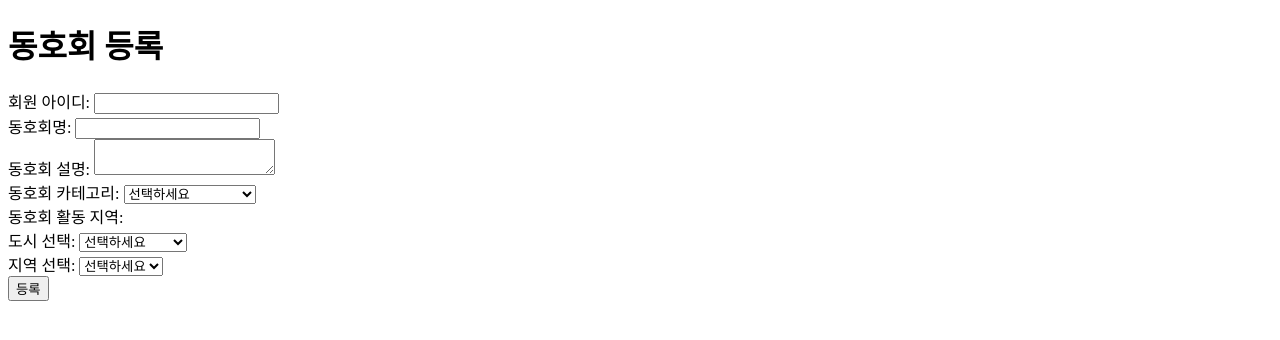
Repository: HB1112/cloud
Page: http://localhost/Solocare/WEB-INF/views/club/clubregist.jsp
The author's editor kept a copy of each file at every save. The page is drawn from the files as they stood at one save, then again after the next save.
The browser window is 1280 px wide. The pictures show the whole page.
The page is served by Tomcat 9. Nobody is signed in. Other server files are loaded and not shown. The template is opened directly, without the code that normally fills it, so the values that code supplies are empty.

Above is the page before, as saved 2024-12-16 03:07:59.

### Solocare/src/main/webapp/WEB-INF/views/club/clubregist.jsp
<%@ page language="java" contentType="text/html; charset=UTF-8"
    pageEncoding="UTF-8"%>
<!DOCTYPE html>
<html>
<head>
<meta charset="UTF-8">
<title>동호회 등록</title>
</head>
<body>
	    <h1>동호회 등록</h1>
    <form name="newClub" action="regist" method="post">
        <div>
            <label>회원 아이디:</label>
            <input name="clubLeader" type="text"  value="${mem.id}" readonly>
        </div>
        <div>
            <label>동호회명:</label>
            <input name="clubName" type="text" required>
        </div>
        <div>
            <label>동호회 설명:</label>
            <textarea name="clubDescription" required></textarea>
        </div>
        <div>
		    <label for="clubCategory">동호회 카테고리:</label>
		    <select name="clubCategory" id="clubCategory" required>
		        <option value="">선택하세요</option>
		        <option value="스포츠 및 e스포츠">스포츠 및 e스포츠</option>
		        <option value="자기개발">자기개발</option>
		        <option value="봉사 및 사회적 활동">봉사 및 사회적 활동</option>
		        <option value="문화 및 예술">문화 및 예술</option>
		        <option value="여행 및 탐험">여행 및 탐험</option>
		    </select>
		</div>
        <div>
            <label>동호회 활동 지역:</label>
            <div>
                <label for="citySelect">도시 선택:</label>
                <select name="city" id="citySelect" required>
                    <option value="">선택하세요</option>
                    <option value="서울특별시">서울특별시</option>
                    <option value="부산광역시">부산광역시</option>
                    <option value="대구광역시">대구광역시</option>
                    <option value="인천광역시">인천광역시</option>
                    <option value="광주광역시">광주광역시</option>
                    <option value="대전광역시">대전광역시</option>
                    <option value="울산광역시">울산광역시</option>
                    <option value="세종특별자치시">세종특별자치시</option>
                    <option value="경기도">경기도</option>
                    <option value="강원도">강원도</option>
                    <option value="충청북도">충청북도</option>
                    <option value="충청남도">충청남도</option>
                    <option value="전라북도">전라북도</option>
                    <option value="전라남도">전라남도</option>
                    <option value="경상북도">경상북도</option>
                    <option value="경상남도">경상남도</option>
                    <option value="제주특별자치도">제주특별자치도</option>
                </select>
            </div>
            <div>
                <label for="regionSelect">지역 선택:</label>
                <select name="region" id="regionSelect" required>
                    <option value="">선택하세요</option>
                    <option value="영도구">영도구</option>
                    <option value="해운대구">해운대구</option>
                    <option value="부산진구">부산진구</option>
                    <!-- 추가 지역 옵션 -->
                </select>
            </div>
        <div>
            <button type="submit">등록</button>
        </div>
    </form>
</body>
</html>

After the next save:
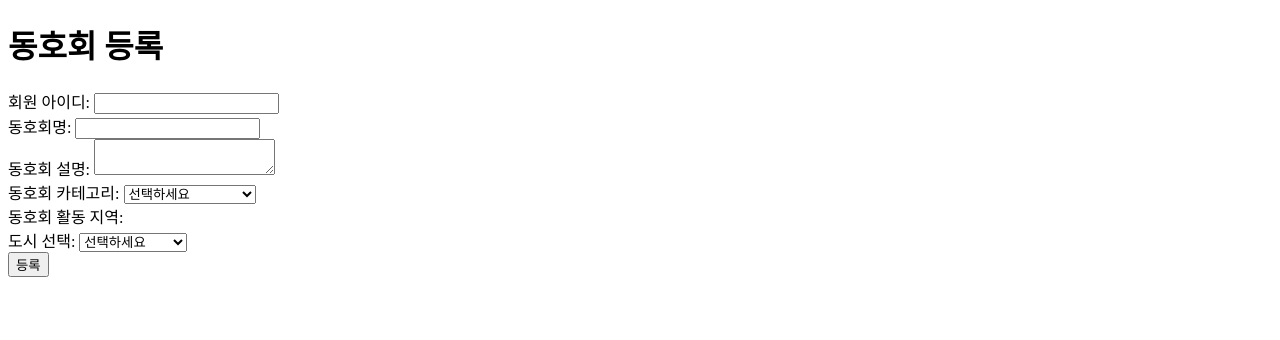
Saved 14 s later.
--- a/Solocare/src/main/webapp/WEB-INF/views/club/clubregist.jsp
+++ b/Solocare/src/main/webapp/WEB-INF/views/club/clubregist.jsp
@@ -57,16 +57,6 @@
                     <option value="제주특별자치도">제주특별자치도</option>
                 </select>
             </div>
-            <div>
-                <label for="regionSelect">지역 선택:</label>
-                <select name="region" id="regionSelect" required>
-                    <option value="">선택하세요</option>
-                    <option value="영도구">영도구</option>
-                    <option value="해운대구">해운대구</option>
-                    <option value="부산진구">부산진구</option>
-                    <!-- 추가 지역 옵션 -->
-                </select>
-            </div>
         <div>
             <button type="submit">등록</button>
         </div>
